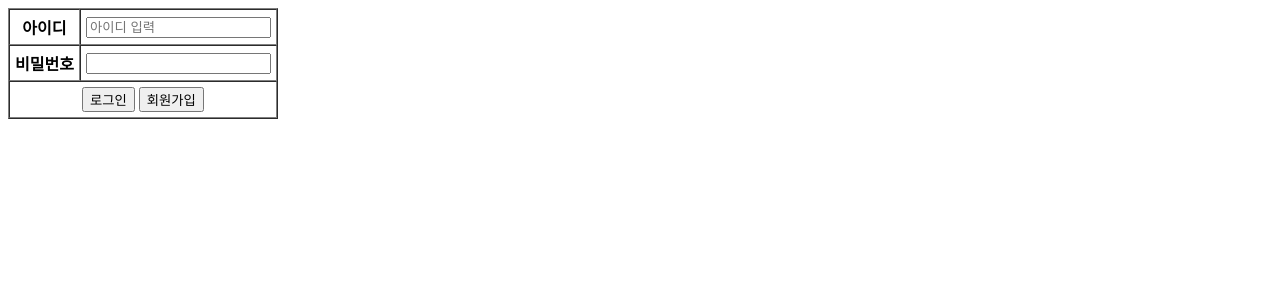
Repository: Gmajorlist/HTML
Page: http://localhost/miniProject_jQuery/member/loginForm.do
These files come from the project's save history. The page is drawn as it stood at one moment and after the next save; the edit follows.
The browser window is 1280 px wide. The pictures show the whole page.
The page is served by Tomcat 9. Other server files are loaded and not shown.

Above is the page before, as saved 2023-03-23 08:10:09.

### miniProject_jQuery/src/main/webapp/member/loginForm.jsp
<%@ page language="java" contentType="text/html; charset=UTF-8"
    pageEncoding="UTF-8"%>
<!DOCTYPE html>
<html>
<head>
<meta charset="UTF-8">
<title>Insert title here</title>
<style type="text/css">
form[name="loginForm"] div { /*name속성 쓸때 저렇게 썸 */
	color: red;
	font-size: 8pt;
	font-weight: bold;
}
</style>
</head>
<body>

<form name="loginForm">
 <table border="1" cellpadding="5" cellspacing="0">
   <tr>
  	<th>아이디</th>
  	<td>
  	 <input type="text" name="id" id="id"  placeholder="아이디 입력">
  	 <div id="idDiv"></div>
  	</td>
   </tr>

   <tr>
  	<th>비밀번호</th>
  	<td>
  	 <input type="password" name="pwd" id="pwd"  >
  	 <div id="pwdDiv"></div>
  	</td>
   </tr>

   <tr>
  	<td colspan="2" align="center">
  	 <input type="button" value="로그인" onclick="checkLogin()">
	 <input type="button" value="회원가입" onclick="location.href='writeForm.jsp'">
  	</td>
  </tr>
 </table>
</form>
<script type="text/javascript">
function checkLogin(){
	document.getElementById("idDiv").innerText = "";
	document.getElementById("pwdDiv").innerText = "";

	if(document.getElementById("id").value == "") {
		document.getElementById("idDiv").innerText="아이디 입력";
	}
	else if(document.getElementById("pwd").value == "") {
		document.getElementById("pwdDiv").innerText="비밀번호 입력";
	}
	else
		document.loginForm.submit();
}
</script>
</body>
</html>

### miniProject_jQuery/src/main/webapp/WEB-INF/command.properties
/member/loginForm.do=member.service.LoginFormService

### miniProject_jQuery/src/main/java/com/control/ControlServlet.java
package com.control;

import java.io.FileInputStream;
import java.io.IOException;
import java.util.HashMap;
import java.util.Iterator;
import java.util.Map;
import java.util.Properties;

import javax.servlet.RequestDispatcher;
import javax.servlet.ServletConfig;
import javax.servlet.ServletException;
import javax.servlet.annotation.WebInitParam;
import javax.servlet.annotation.WebServlet;
import javax.servlet.http.HttpServlet;
import javax.servlet.http.HttpServletRequest;
import javax.servlet.http.HttpServletResponse;

@WebServlet(
	urlPatterns= {"*.do"},
	initParams= {
			@WebInitParam(name="propertyConfig", value="command.properties")
	}
)
public class ControlServlet extends HttpServlet {
	private static final long serialVersionUID = 1L;
	private Map<String, Object> map = new HashMap<String, Object>();

	@Override
	public void init(ServletConfig config) throws ServletException {
		String propertyConfig = config.getInitParameter("propertyConfig");
		System.out.println("propertyConfig = " + propertyConfig);

		String realFolder = config.getServletContext().getRealPath("/WEB-INF");
		String realPath = realFolder + "/" + propertyConfig;
		System.out.println("realPath = " + realPath);

		FileInputStream fin = null;
		Properties properties = new Properties();

		try {
			fin = new FileInputStream(realPath);

	         properties.load(fin);
	         System.out.println("properties = "+properties);

	      } catch (IOException e) {
	         e.printStackTrace();
	      }finally{
	         try {
	            fin.close();
	         } catch (IOException e) {
	            e.printStackTrace();
	         }
	      }
	      System.out.println();

	      Iterator it = properties.keySet().iterator();
	      while(it.hasNext()) {
	         String key = (String)it.next();
	         System.out.println("key = "+key);

	         String className = properties.getProperty(key);
	         System.out.println("className = "+className);

	         try {
	            Class<?> classType = Class.forName(className);
	            Object ob = classType.newInstance();

	            System.out.println("ob = "+ob);

	            map.put(key, ob);

	         } catch (ClassNotFoundException e) {
	            e.printStackTrace();
	         } catch (InstantiationException e) {
	            e.printStackTrace();
	         } catch (IllegalAccessException e) {
	            e.printStackTrace();
	         } catch (IllegalArgumentException e) {
	            e.printStackTrace();
	         }

	         System.out.println();
	      }//while
	}

	protected void doGet(HttpServletRequest request, HttpServletResponse response) throws ServletException, IOException {
		execute(request, response);
	}

	protected void doPost(HttpServletRequest request, HttpServletResponse response) throws ServletException, IOException {
		execute(request, response);
	}

	protected void execute(HttpServletRequest request, HttpServletResponse response) throws ServletException, IOException {
		System.out.println();

		//한글처리
		if(request.getMethod().equals("POST")) request.setCharacterEncoding("UTF-8");

		//요청이 들어왔을 때 => http://localhost:8080/mvcmember/member/writeForm.do
		String category = request.getServletPath();
		System.out.println("category = "+category); // 결과가 /member/writeForm.do 나온다.

		CommandProcess com = (CommandProcess)map.get(category); //member.service.WriteFormService
		String view = null;

		try {
			view = com.requestPro(request, response); // "/member/writeForm.jsp"
		} catch (Throwable e) {
			e.printStackTrace();
		}

		//forward
		RequestDispatcher dispatcher = request.getRequestDispatcher(view);//상대번지
		dispatcher.forward(request, response);//제어권 넘기기
	}

}

### miniProject_jQuery/src/main/java/com/control/CommandProcess.java
package com.control;

import javax.servlet.http.HttpServletRequest;
import javax.servlet.http.HttpServletResponse;

public interface CommandProcess {
	public String requestPro(HttpServletRequest request, HttpServletResponse response);
}

### miniProject_jQuery/src/main/java/member/service/LoginFormService.java
package member.service;

import javax.servlet.http.HttpServletRequest;
import javax.servlet.http.HttpServletResponse;

import com.control.CommandProcess;

public class LoginFormService implements CommandProcess {

	@Override
	public String requestPro(HttpServletRequest request, HttpServletResponse response) {

		return "/member/loginForm.jsp";
	}

}

After the next save:
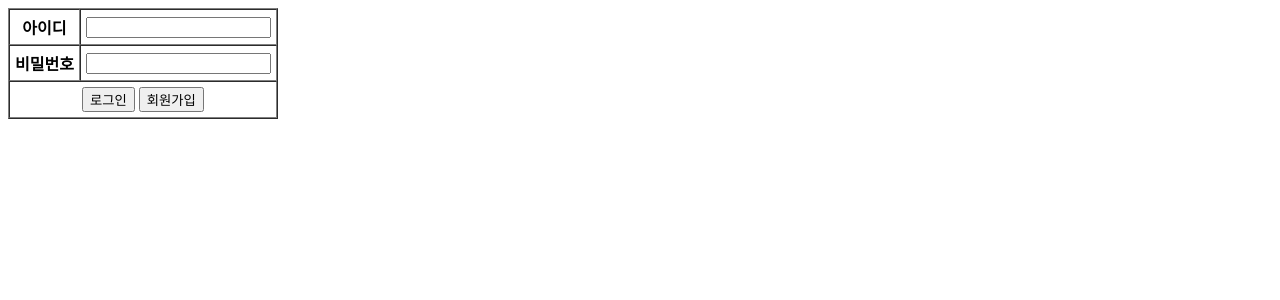
Saved 65 s later.
--- a/miniProject_jQuery/src/main/webapp/member/loginForm.jsp
+++ b/miniProject_jQuery/src/main/webapp/member/loginForm.jsp
@@ -6,7 +6,7 @@
 <meta charset="UTF-8">
 <title>Insert title here</title>
 <style type="text/css">
-form[name="loginForm"] div { /*name속성 쓸때 저렇게 썸 */
+form[name="loginForm"] div {
 	color: red;
 	font-size: 8pt;
 	font-weight: bold;
@@ -14,47 +14,76 @@ form[name="loginForm"] div { /*name속성 쓸때 저렇게 썸 */
 </style>
 </head>
 <body>
+<form name="loginForm">
+	<table border="1" cellpadding="5" cellspacing="0">
+		<tr>
+			<th>아이디</th>
+			<td>
+				<input type="text" name="id" id="id">
+				<div id="idDiv"></div>
+			</td>
+		</tr>
+		<tr>
+			<th>비밀번호</th>
+			<td>
+				<input type="password" name="pwd" id="pwd" >
+				<div id="pwdDiv"></div>
+			</td>
+		</tr>
+		<tr>
+			<th colspan="2">
+				<button type="button" id="loginBtn">로그인</button>
+				<button type="button" onclick="location.href='writeForm.do'">회원가입</button>
+			</th>
+		</tr>
+	</table>
+	<br><br>
 
-<form name="loginForm">
- <table border="1" cellpadding="5" cellspacing="0">
-   <tr>
-  	<th>아이디</th>
-  	<td>
-  	 <input type="text" name="id" id="id"  placeholder="아이디 입력">
-  	 <div id="idDiv"></div>
-  	</td>
-   </tr>
+	<div id="loginResult"></div>
 
-   <tr>
-  	<th>비밀번호</th>
-  	<td>
-  	 <input type="password" name="pwd" id="pwd"  >
-  	 <div id="pwdDiv"></div>
-  	</td>
-   </tr>
+</form>
 
-   <tr>
-  	<td colspan="2" align="center">
-  	 <input type="button" value="로그인" onclick="checkLogin()">
-	 <input type="button" value="회원가입" onclick="location.href='writeForm.jsp'">
-  	</td>
-  </tr>
- </table>
-</form>
+<script type="text/javascript" src="http://code.jquery.com/jquery-3.6.1.min.js"></script>
 <script type="text/javascript">
-function checkLogin(){
-	document.getElementById("idDiv").innerText = "";
-	document.getElementById("pwdDiv").innerText = "";
+$('#loginBtn').click(function(){
+	$('#idDiv').empty();
+	$('#pwdDiv').empty();
 
-	if(document.getElementById("id").value == "") {
-		document.getElementById("idDiv").innerText="아이디 입력";
+	if($('#id').val() == ''){
+		$('#idDiv').text('아이디를 입력하세요');
+		$('#id').focus();
+
+	}else if($('#pwd').val() == ''){
+		$('#pwdDiv').text('비밀번호를 입력하세요');
+		$('#pwd').focus();
+
+	}else{
+		$.ajax({
+			url: '/miniProject_MVC/member/login.do',
+			type: 'post',
+			data: 'id=' + $('#id').val() +'&pwd=' + $('#pwd').val(),
+			//data: { 'id': $('#id').val(), 'pwd': $('#pwd').val() }
+			dataType: 'text',
+			success: function(data){
+				data = data.trim();
+
+				if(data == 'ok'){
+					location.href='../index.jsp';
+
+				}else if(data == 'fail'){
+					$('#loginResult').text('아이디 또는 비밀번호가 맞지 않습니다.');
+					$('#loginResult').css('font-size', '12pt');
+				}
+
+			},
+			error:function(err){
+				//alert(err);
+				console.log(err);
+			}
+		});
 	}
-	else if(document.getElementById("pwd").value == "") {
-		document.getElementById("pwdDiv").innerText="비밀번호 입력";
-	}
-	else
-		document.loginForm.submit();
-}
+
+});
 </script>
 </body>
 </html>
